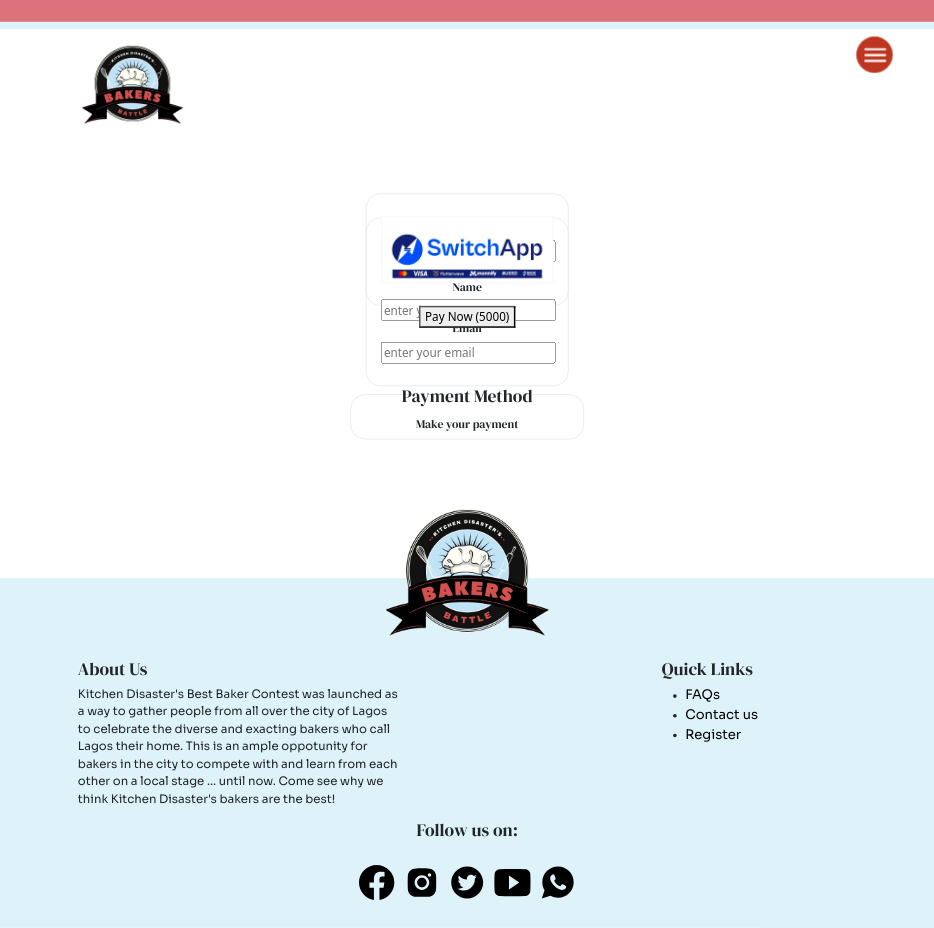
Repository: sarahnnanyelugo/bakers-battle
Page: /payment
An editor plug-in stored every save of this project. The page is shown before and after the next save, followed by the edit.
The browser window is 1280 px wide. The pictures show the whole page, at 73% of full size.
The project was rebuilt for these pictures with package versions that can differ from the ones it lists, and the page was loaded fresh each time. Also part of the build but not shown: src/components/ScreenSlide/slide.scss, src/components/ScreenSlide/ScreenSlide.js, src/pages/Home/home.scss, src/pages/Home/Home.js, src/components/Title.js, src/components/FAQAccord/faq-accord.scss, src/components/FAQAccord/FAQAccord.js, src/pages/FAQ/faq.scss and 11 more.

Above is the page before, as saved 2024-07-17 20:11:03.

After the next save:
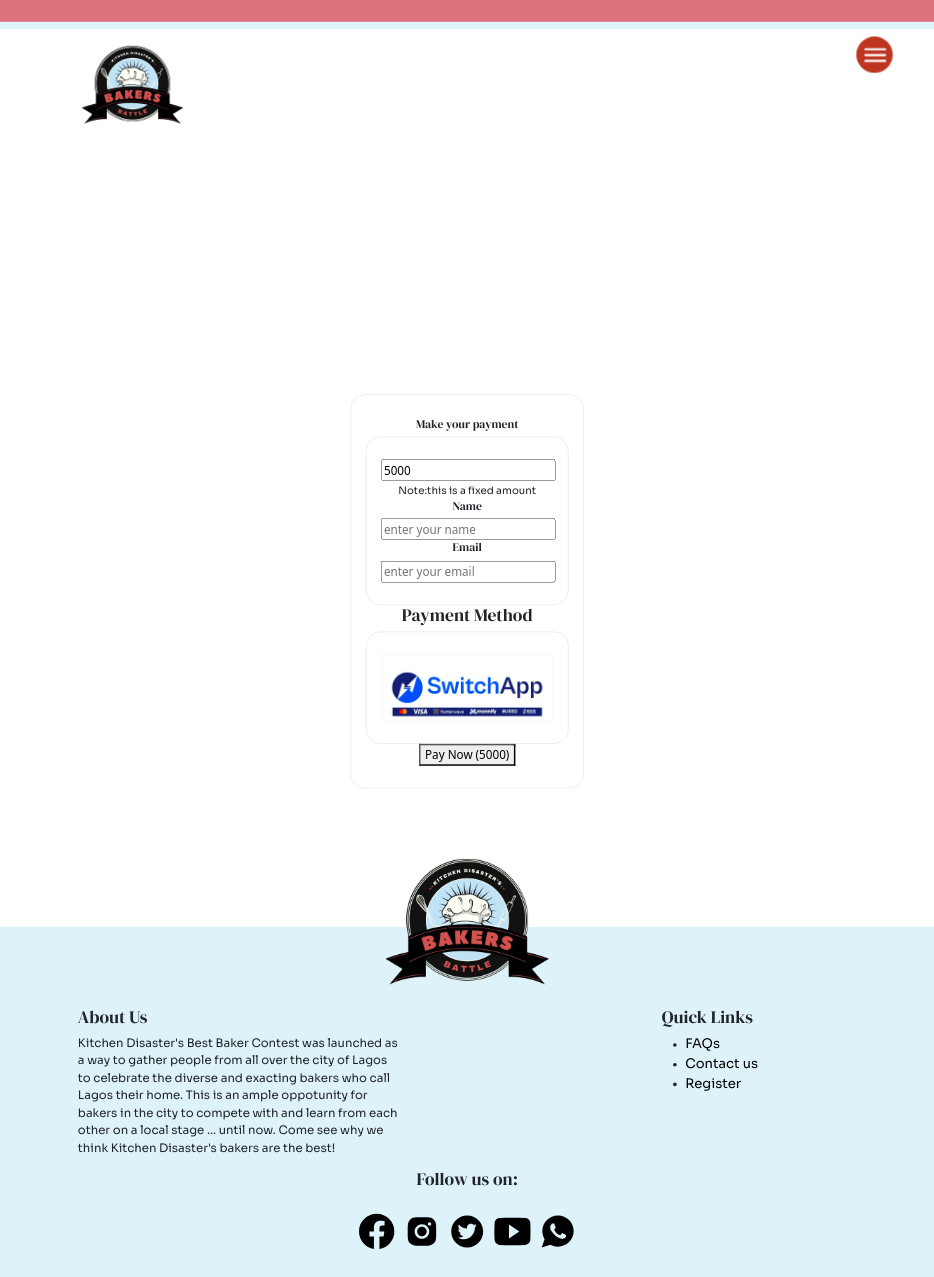
Saved 11 s later.
--- a/src/pages/PaymentPage/payment-page.scss
+++ b/src/pages/PaymentPage/payment-page.scss
@@ -2,5 +2,7 @@
   border: solid 1px #e7e7e7;
   border-radius: 20px;
   padding: 30px 20px;
+}
+.payment-div {
   margin-top: -300px;
 }
